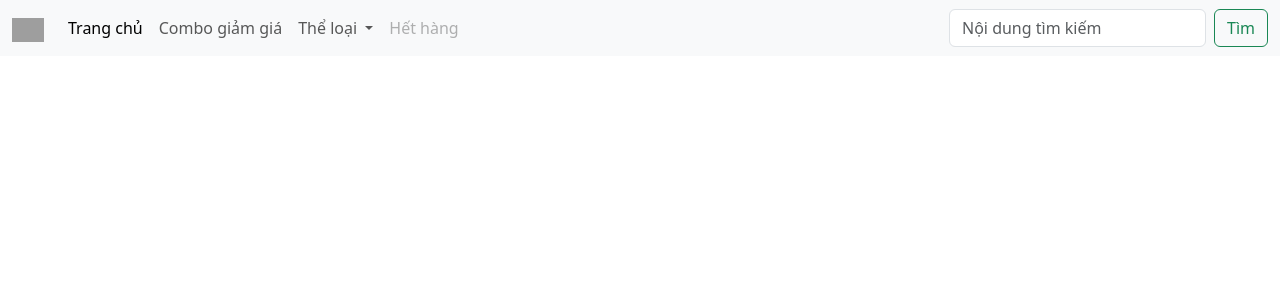
Repository: vnmk1/jsp_servlet-tutorials
Page: Bai4_Bootstrap/src/main/webapp/index.html
The author's editor kept a copy of each file at every save. The page is drawn from the files as they stood at one save, then again after the next save.
The browser window is 1280 px wide. The pictures show the whole page.
Pictures or frames that could not be fetched are drawn as grey boxes.

Above is the page before, as saved 2023-07-17 08:43:51.

After the next save:
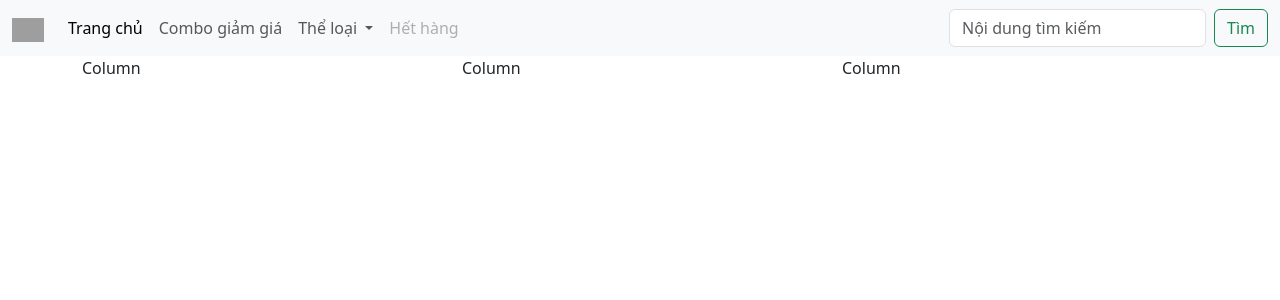
Saved 2 min 25 s later.
--- a/Bai4_Bootstrap/src/main/webapp/index.html
+++ b/Bai4_Bootstrap/src/main/webapp/index.html
@@ -51,7 +51,17 @@
 
 <!-- Page content -->
 <div class="container">
-
+	<div class="row">
+		<div class="col">
+	      Column
+	    </div>
+	    <div class="col">
+	      Column
+	    </div>
+	    <div class="col">
+	      Column
+	    </div>
+	</div>
 </div>
 
 <!-- End -->
